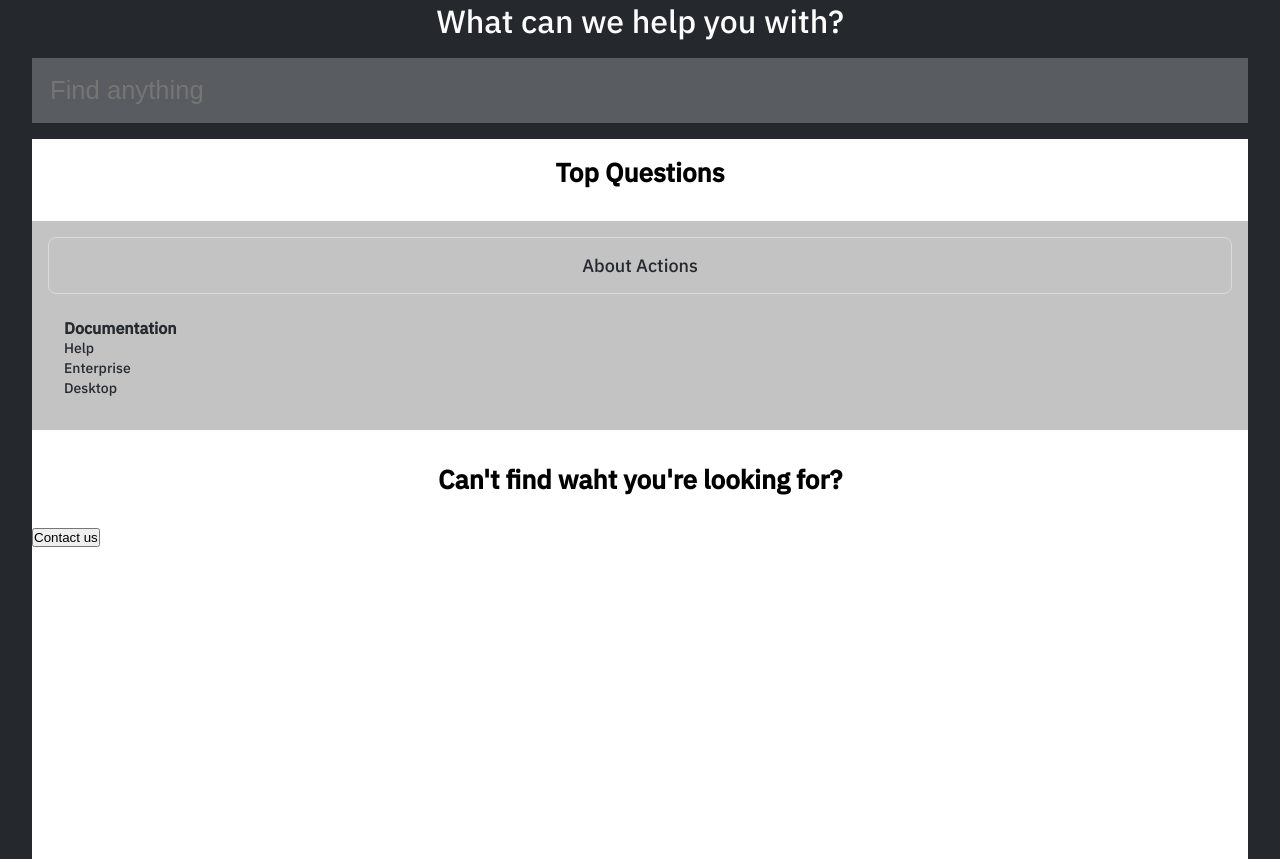
Repository: Hcmwebs/Help-Center-UI-
Page: index.html
These files come from the project's save history. The page is drawn as it stood at one moment and after the next save; the edit follows.
The browser window is 1280 px wide. The pictures show the whole page.
The style sheet was rebuilt from its Sass, Less or Tailwind sources for each picture, by a compiler version that may differ from the author's.

Above is the page before, as saved 2020-08-25 23:46:53.

After the next save:
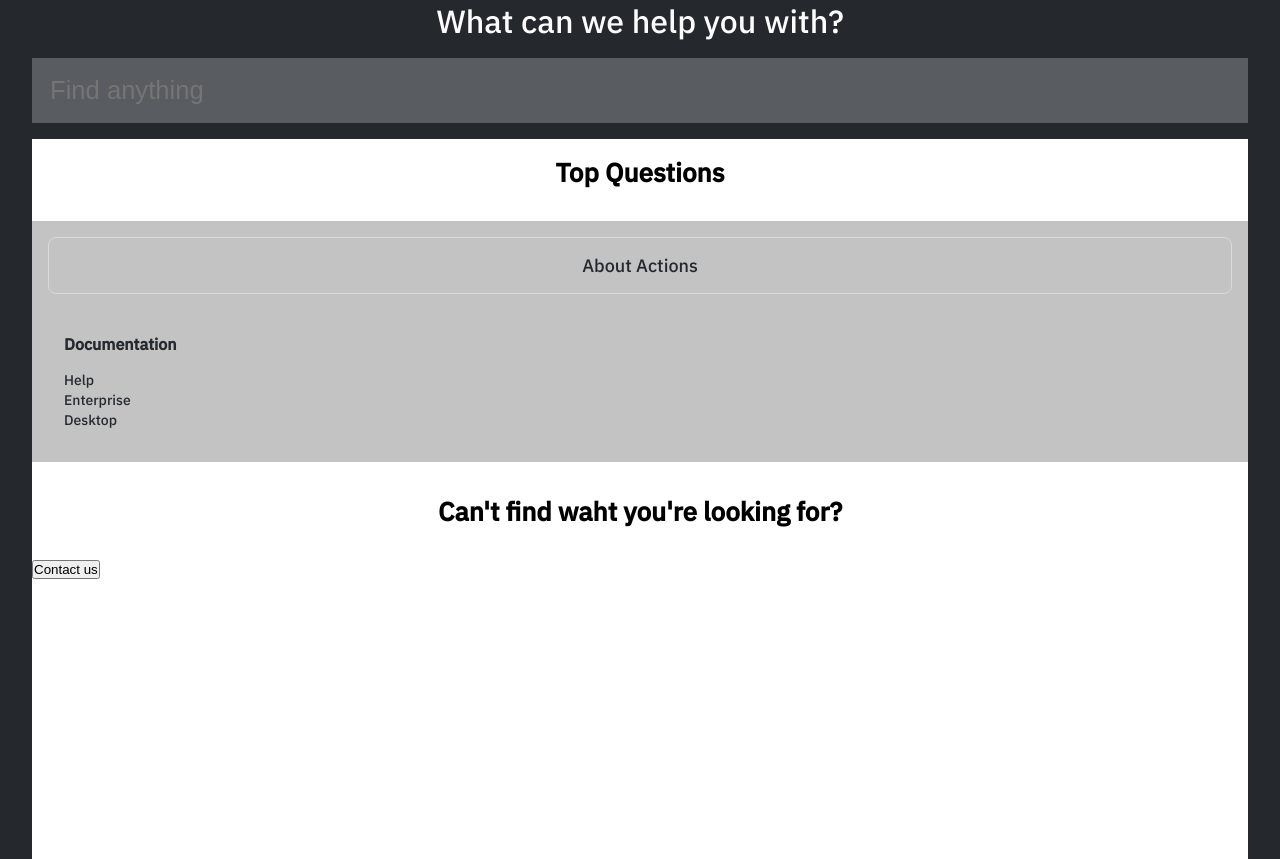
Saved 11 s later.
--- a/scss/styles.scss
+++ b/scss/styles.scss
@@ -97,7 +97,7 @@ header{
                 font-weight: bold;
                 text-transform: capitalize;
                 color: $bg-color;
-                padding: 0.5 0rem;
+                padding: 1rem 0;
             }
 
             ul{
